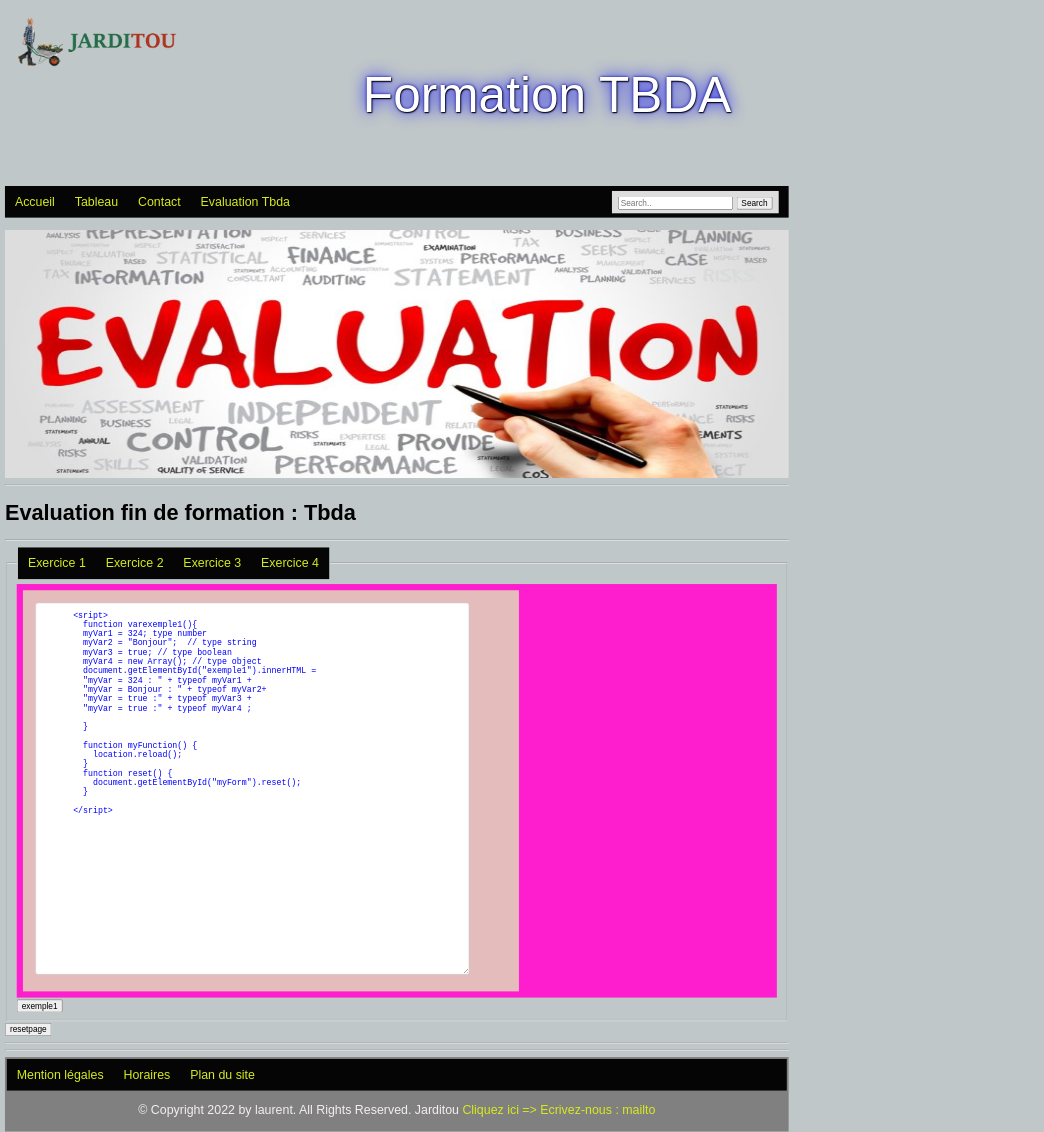
Repository: laurentbul/jarditou
Page: javascript/EvaluationTbda/evaluation_tbda.html
These files come from the project's save history. The page is drawn as it stood at one moment and after the next save; the edit follows.
The browser window is 1280 px wide. The page is 1280 px wide, then 1684 px, so the pictures cover 1684 px, including what lies to the right of the window. The pictures show the whole page, at 62% of full size.

Above is the page before, as saved 2022-12-15 03:38:15.

After the next save:
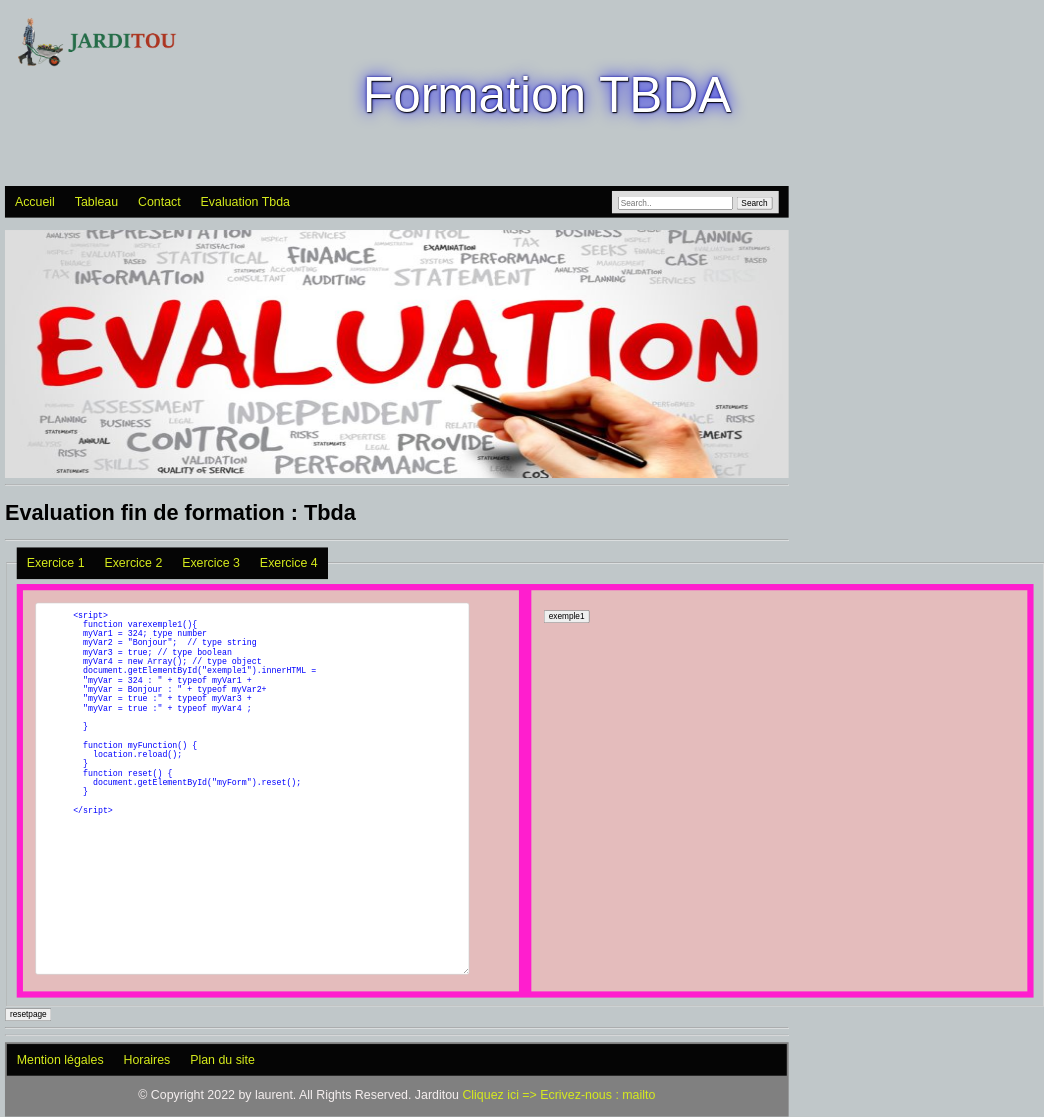
Saved 16 s later.
--- a/javascript/EvaluationTbda/evaluation_tbda.html
+++ b/javascript/EvaluationTbda/evaluation_tbda.html
@@ -14,20 +14,19 @@
       background-color: rgb(255, 30, 206);
     }
 
-    .flex-container2>div {
+    .flex-container2 > div {
       background-color: #e4bcbc;
       margin: 10px;
       padding: 20px;
       font-size: 30px;
       width: 800px;
     }
-  </style>
+    </style>
 </head>
 
 <body>
   <div class="flex-container">
-    <div class="logo"><img src="../assets/img/jarditou_logo.png" alt="jarditou logo" title="jarditou logo"
-        height="80" />
+    <div class="logo"><img src="../assets/img/jarditou_logo.png" alt="jarditou logo" title="jarditou logo" height="80" />
     </div>
     <div>
       <p class="slogan">Formation TBDA </p>
@@ -59,20 +58,20 @@
 
 
   <fieldset>
-    <legend >
-      <nav style="padding:1px 0; font-size:20px;">
-        <ul>
-          <li><a href="eval_ex1.html">Exercice 1 </a></li>
-          <li><a href="eval_ex2.html">Exercice 2 </a></li>
-          <li><a href="eval_ex3.html">Exercice 3</a></li>
-          <li><a href="eval_ex4.html">Exercice 4</a></li>
-          </li>
-        </ul>
-      </nav>
-    </legend>
+    <legend style="padding:1px 0; font-size:20px;">
+      <nav>
+          <ul>
+            <li><a href="eval_ex1.html">Exercice 1 </a></li>
+            <li><a href="eval_ex2.html">Exercice 2 </a></li>
+            <li><a href="eval_ex3.html">Exercice 3</a></li>
+            <li><a href="eval_ex4.html">Exercice 4</a></li>
+            </li>
+          </ul>
+        </nav>
+  </legend>
     <div class="flex-container2">
-      <div id="code">
-        <textarea style="height: 600px;width: 700px; color: blue;">
+    <div id="code">
+      <textarea style="height: 600px;width: 700px; color: blue;">
       <sript>
         function varexemple1(){
         myVar1 = 324; type number
@@ -96,43 +95,40 @@
 
       </sript>
     </textarea>
-      </div>
     </div>
-      <div id="exemple1">
-        <div><input type="button" onclick="varexemple1()" value="exemple1">
+    <div id="exemple1">    <div ><input type="button" onclick="varexemple1()" value="exemple1">
 
-        </div>
+    </div>
 
   </fieldset>
 
 
-  <input type="button" onclick="myFunction()" value="resetpage"></div>
-  </div>
-  <hr>
-  <script>
-    function varexemple1() {
-      myVar1 = 324;    /* type number*/
-      myVar2 = "Bonjour";  // type string
-      myVar3 = true; // type boolean
-      myVar4 = new Array(); // type object
-      document.getElementById("exemple1").innerHTML =
-        "myVar = 324 : " + typeof myVar1 + "<br>" + "<br>" +
-        "myVar = Bonjour : " + typeof myVar2 + "<br>" + "<br>" +
-        "myVar = true :" + typeof myVar3 + "<br>" + "<br>" +
-        "myVar = true :" + typeof myVar4 + "<br>" + "<br>"
+  <input type="button" onclick="myFunction()" value="resetpage"></div></div>
+<hr>
+<script>
+function varexemple1(){
+myVar1 = 324;    /* type number*/
+myVar2 = "Bonjour";  // type string
+myVar3 = true; // type boolean
+myVar4 = new Array(); // type object
+document.getElementById("exemple1").innerHTML =
+"myVar = 324 : " + typeof myVar1 + "<br>" +"<br>" +
+"myVar = Bonjour : " + typeof myVar2 + "<br>" +"<br>" +
+"myVar = true :" + typeof myVar3 + "<br>" +"<br>" +
+"myVar = true :" + typeof myVar4 + "<br>" +"<br>"
 
-    }
+}
 
-    function myFunction() {
-      location.reload();
-    }
-    function reset() {
-      document.getElementById("myForm").reset();
-    }
+function myFunction() {
+  location.reload();
+}
+function reset() {
+  document.getElementById("myForm").reset();
+}
 
-  </script>
+</script>
 
-  <hr>
+<hr>
   <footer>
     <nav>
       <ul>
